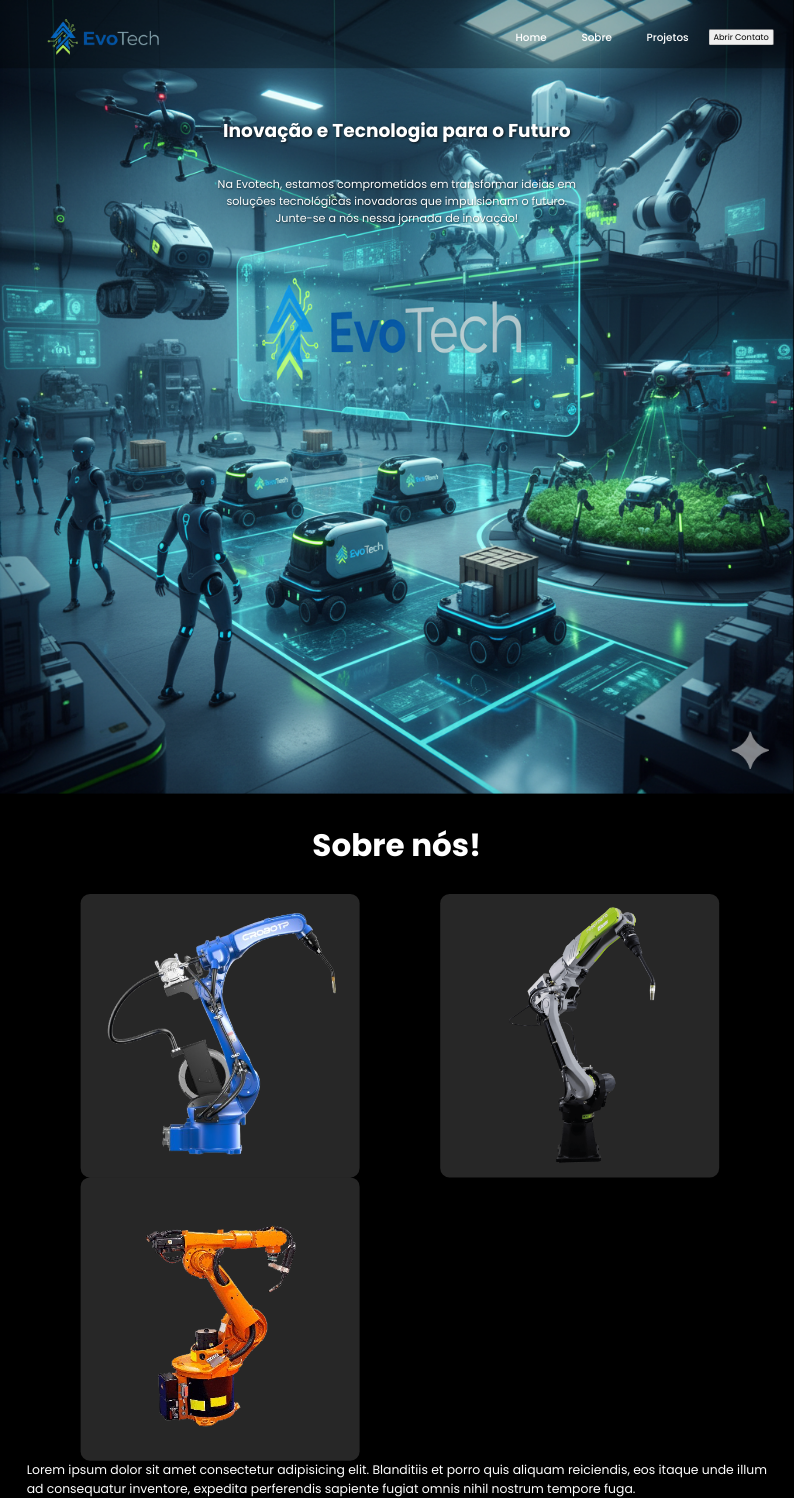
Repository: IsaacDEV10/EvoTech
Page: /
The author's editor kept a copy of each file at every save. The page is drawn from the files as they stood at one save, then again after a run of saves.
The browser window is 1280 px wide. The pictures show the whole page, at 62% of full size.
The project was rebuilt for these pictures with package versions that can differ from the ones it lists, and the page was loaded fresh each time. Also part of the build but not shown: vite.config.js.

Above is the page before, as saved 2025-10-23 08:40:42.

### index.html
<!doctype html>
<html lang="en">
  <head>
    <meta charset="UTF-8" />
    <link rel="icon" type="image/svg+xml" href="/vite.svg" />
    <meta name="viewport" content="width=device-width, initial-scale=1.0" />
    <title>startup</title>
  </head>
  <body>
    <div id="root"></div>
    <script type="module" src="/src/main.jsx"></script>
  </body>
</html>

### src/index.css
@import url('https://fonts.googleapis.com/css2?family=Poppins:ital,wght@0,100;0,200;0,300;0,400;0,500;0,600;0,700;0,800;0,900;1,100;1,200;1,300;1,400;1,500;1,600;1,700;1,800;1,900&display=swap');

* {
  font-family: "poppins", sans-serif;
  margin: 0;
  box-sizing: border-box;
}

body {
  background: black ;

}

### src/App.jsx
import React from 'react';
import './App.css';
import Header from './components/Header/header';
import Hero from './components/Hero/hero';
import About from './components/About/about';




const App = () => {
  return (
    <>
      <Header />
      <Hero />
      <About/>

    </>
  );
}

export default App;

### src/components/Header/header.jsx
import React from 'react'
import './header.css'
import logo from '../../assets/evotech.png'
import Contact from '../Contact/contact'


const Header = () => {
  return (
    <nav className='nav-wrapper'>
        <div className='nav-content'>
            <img className='logo' src={logo} alt="" />
            <ul>
                <li>
                    <a className='menu-item' href="">Home</a>
                </li>

                <li>
                    <a className='menu-item' href="">Sobre</a>
                </li>

                <li>
                    <a className='menu-item' href="">Projetos</a>
                </li>
                <Contact/>
            </ul>
        </div>
    </nav>
  )
}

export default Header

### src/components/Hero/hero.jsx
import React from "react";
import "./hero.css";
import heroImage from "../../assets/bg-evotech.png";

const Hero = () => {
  return (
    <section className="hero-container" id="home">
        <div className="hero-content">
            <img className="img-bg" src={heroImage} alt="hero" />
        </div>
        <div className="description">
            <h1>
                Inovação e Tecnologia para o Futuro
            </h1>
            <p>
                Na Evotech, estamos comprometidos em transformar ideias em soluções tecnológicas inovadoras que impulsionam o futuro. Junte-se a nós nessa jornada de inovação!
            </p>
        </div>
    </section>
  );
};

export default Hero;

### src/components/About/about.jsx
import React from "react";
import "./about.css";
import Robo1 from "../../assets/robo-1.png"
import Robo2 from "../../assets/robo-2.png"
import Robo3 from "../../assets/robo-3.png"

const About = () => {
    return (
        <section className="about-container" id="home">
            <div className="about-content">
                <h1>
                    Sobre nós!
                </h1>
                <div className="img-about">
                    <img src={Robo1} alt="robo" />
                </div>
                <div className="img-about">
                    <img src={Robo2} alt="robo" />
                </div>
                <div className="img-about">
                    <img src={Robo3} alt="robo" />
                </div>
                <div className="about-body">
                    <p>
                        Lorem ipsum dolor sit amet consectetur adipisicing elit. Blanditiis et porro quis aliquam reiciendis, eos itaque unde illum <br />ad consequatur inventore, expedita perferendis sapiente fugiat omnis nihil nostrum tempore fuga.
                    </p>
                </div>
            </div>
        </section>
    );
};

export default About;

### src/components/Header/header.css
.nav-wrapper {
    width: 100%;
    height: 110px;
    background-color: rgba(0, 0, 0, 0.293);
    padding: 5px;
    position: fixed;
    top: 0;
    z-index: 30;
}

.nav-content {
    max-width: 1850px;
    height: 120px;
    display: flex;
    align-items: center;
    justify-content: space-between;

}

.logo {
    width: 270px;
    height: auto;
}

.nav-content ul {
    display: flex;
    align-items: center;
    gap: 0.5rem;
    list-style: none;
}

.nav-content li {
    margin: 0 1.5rem;
}

.menu-item {
    text-decoration: none;
    font-size: 1.05rem;
    font-weight: 500;
    color: #ffff;
    position: relative;
    cursor: pointer;

}

.menu-item::before {
    content: " ";
    width: 2rem;
    height: 0.2rem;
    background: #2D6FBF;
    border-radius: 10px;
    position: absolute;
    bottom: -0.6rem;
    opacity: 0;
    transform: translateX(-1.5rem);
    transition: all 0.3s ease;
}

.menu-item:hover::before {
    width: 100%;
    transform: translateX(0);
    opacity: 1;
}

.contact-btn {
    font-size: 0.9rem;
    font-weight: 500;
    display: flex;
    align-items: center;
    justify-content: center;
    color: #fff;
    background:#2D6FBF;
    padding: 0.6rem 2rem;
    border: none;
    outline: 1.5px solid transparent;
    border-radius: 10px;
    cursor: pointer;
    transition: all 0.3s ease;
}

.contact-btn a {
    text-decoration: none;
    color: #fff;
}

.contact-btn:hover {
    color: black;
    background: #76F014;
    outline: 1.5px solid black;
}

.menu-btn {
    width: 2.5rem;
    height: 2.5rem;
    font-size: 1.5rem;
    display: flex;
    align-items: center;
    justify-content: center;
    color: #fff;
    border: none;
    border-radius: 0.4rem;
    background: linear-gradient(90deg, #6791fb 0%, #1e25ac 100%);
    line-height: 0;
    cursor: pointer;
    transition: all 0.4s ease;
    display: none;
}

.menu-btn:hover {
    color: #6791fb;
    background: #76F014;
    border: 1px solid transparent;
}

@media (max-width: 425px) {
    .logo {
        width: 100px;
        height: auto;
    }
    .nav-content ul {
        display: none;
        width: 100px;
    }
}

@media (max-width: 769px) {
    .menu-btn {
        display: block;
    }

    .nav-content ul {
        display: none;
        width: 100px;
    }
}

@media (max-width: 1325px) {
    .nav-wrapper {
        padding: 0 2rem;
    }
}

### src/components/Contact/contact.jsx
import React from 'react';
import Popup from 'reactjs-popup';
// Importa os ícones que você deseja usar
import { FaInstagram } from 'react-icons/fa';
import { MdPhone } from 'react-icons/md';
import { FiMail } from 'react-icons/fi';

// Estilos para o popup (fundo branco, transição suave)
const customContentStyle = {
  backgroundColor: 'white',
  padding: '40px',
  borderRadius: '8px',
  border: 'none',
  boxShadow: '0 4px 12px rgba(0, 0, 0, 0.2)',
  width: '300px' // Define uma largura para o popup
};

const MyPopup = () => (
  <Popup
    trigger={<button className="button-popup"> Abrir Contato </button>}
    modal
    animation="fade" // Efeito suave
    contentStyle={customContentStyle}
    overlayStyle={{ backgroundColor: 'rgba(0, 0, 0, 0.7)' }}
  >
    {close => (
      <div style={{ textAlign: 'center' }}>
        <button
          onClick={close}
          style={{
            position: 'absolute',
            top: '10px',
            right: '10px',
            border: 'none',
            background: 'none',
            fontSize: '1.5rem',
            cursor: 'pointer'
          }}>
          &times;
        </button>

        <h2>Fale Conosco!</h2>
        <p>Escolha o melhor canal de contato:</p>

        <div style={{ display: 'flex', justifyContent: 'space-around', marginTop: '30px' }}>

          {/* ÍCONE 1: Instagram */}
          <a href="URL_DO_INSTAGRAM" target="_blank" rel="noopener noreferrer">
            <FaInstagram size={35} color="#E1306C" />
          </a>

          {/* ÍCONE 2: Telefone/Contato */}
          <a href="tel:+5511987654321">
            <MdPhone size={35} color="#25D366" />
          </a>

          {/* ÍCONE 3: E-mail */}
          <a href="mailto:seu.email@exemplo.com">
            <FiMail size={35} color="#DB4437" />
          </a>

        </div>

        <button
          onClick={close}
          style={{ marginTop: '30px', padding: '10px 20px', cursor: 'pointer' }}
        >
          Fechar
        </button>
      </div>
    )}
  </Popup>
);

export default MyPopup;

### src/components/Hero/hero.css
.hero-container {
    height: auto;
    width: 100%;
    position: relative;
    overflow: hidden;
}

.img-bg {
    width: 100%;
    height: 100%;
    object-fit: cover;
}

.description {
    position: absolute;
    top: 20%;
    left: 50%;
    transform: translate(-50%, -50%);
    display: flex;
    align-items: center;
    justify-content: center;
    flex-direction: column;
    color: #fff;
}

.description h1 {
    font-size: 30px;
    text-align: center;
    text-shadow: 2px 2px 4px rgba(0, 0, 0, 0.7);
}

.description p {
    font-size: 18px;
    margin-top: 10px;
    text-align: center;
    max-width: 600px;
    text-shadow: 1px 1px 3px rgba(0, 0, 0, 0.6);
}

### src/components/About/about.css

.about-container {
     height: auto;
    width: 100%;
    position: relative;
    overflow: hidden;
}

.about-body {
    display: flex;
    align-items: center;
    justify-content: center;
    flex-direction: column;
    color: #fff;
}

h1 {
    color: #ffff;
    font-size: 50px;
    display: flex;
    justify-content: center;
    margin-top: 40px;
    margin-bottom: 40px;

}

p {
    color: #ffff;
    font-size: 20px;
}

.img-about {
    display: inline-block;
    justify-content: space-between;
    margin-left: 130px;
    background-color: #ffffff27;
    border-radius: 15px;


}
.img-about img {
    width: 450px;
    height: 450px;
}

### src/App.css
.container {
  max-width: 1300px !important;
  margin: 0 auto;
  position: relative;

}

@media (max-width:1300px){
  .container {
    padding: 0 1.5rem;
  }
}

Loaded but not shown: src/main.jsx (common file)

After the next 2 saves:
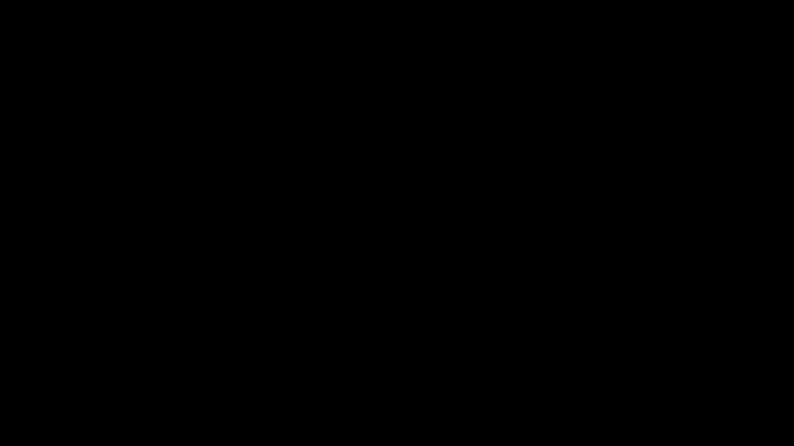
Console error: ReferenceError: MyPopup is not defined
The 2 saves are shown as one change because 1 did not build or start.
The last was saved 18 s later.
--- a/src/components/Contact/contact.jsx
+++ b/src/components/Contact/contact.jsx
@@ -15,7 +15,7 @@
   width: '300px' // Define uma largura para o popup
 };
 
-const MyPopup = () => (
+const Contact = () => (
   <Popup
     trigger={<button className="button-popup"> Abrir Contato </button>}
     modal

After the 2 saves that followed:
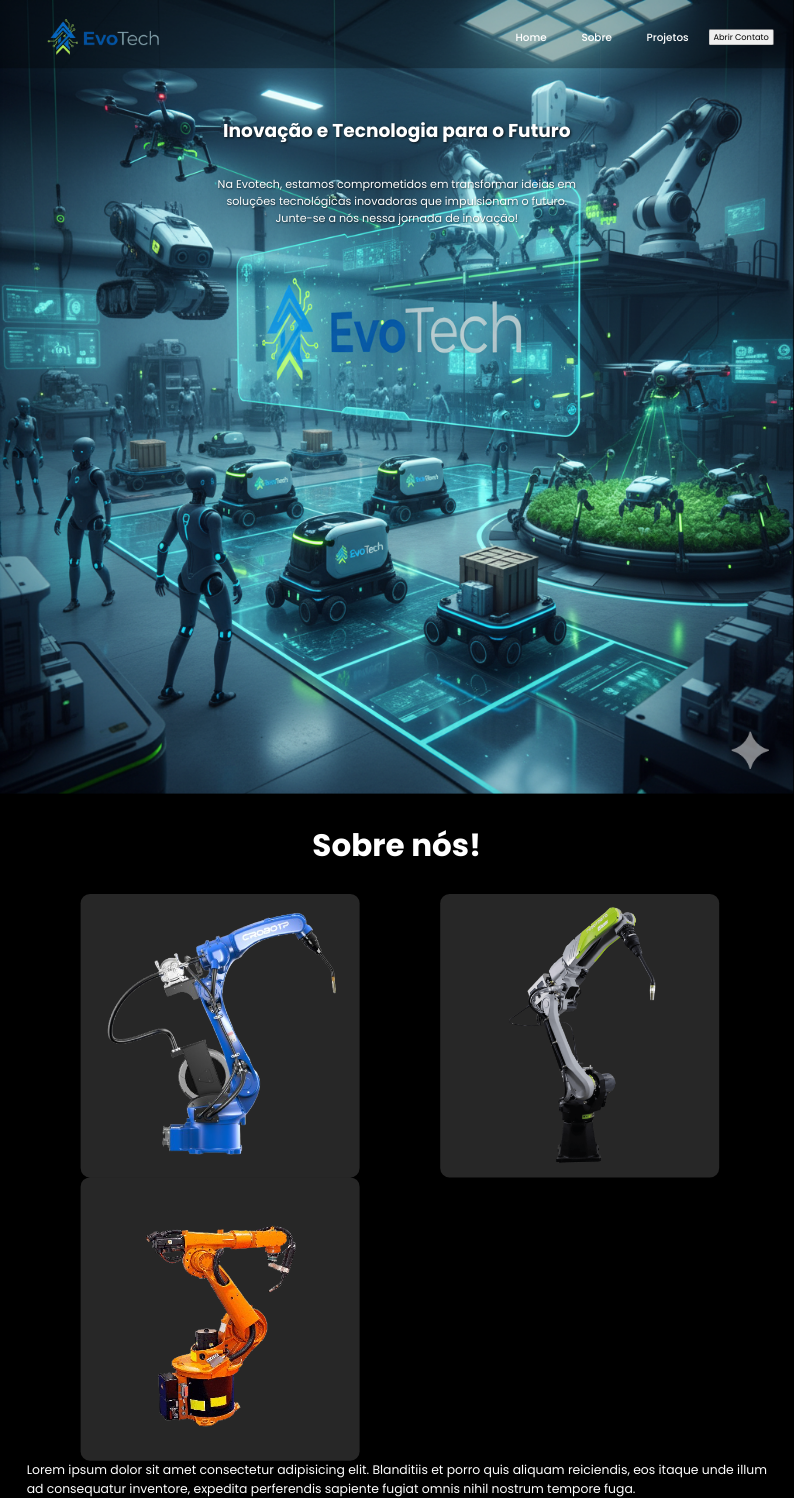
The error is gone.
The 2 saves are shown as one change because they came seconds apart.
The last was saved 8 s later.
--- a/src/components/Contact/contact.jsx
+++ b/src/components/Contact/contact.jsx
@@ -72,4 +72,4 @@
   </Popup>
 );
 
-export default MyPopup;
+export default Contact;
